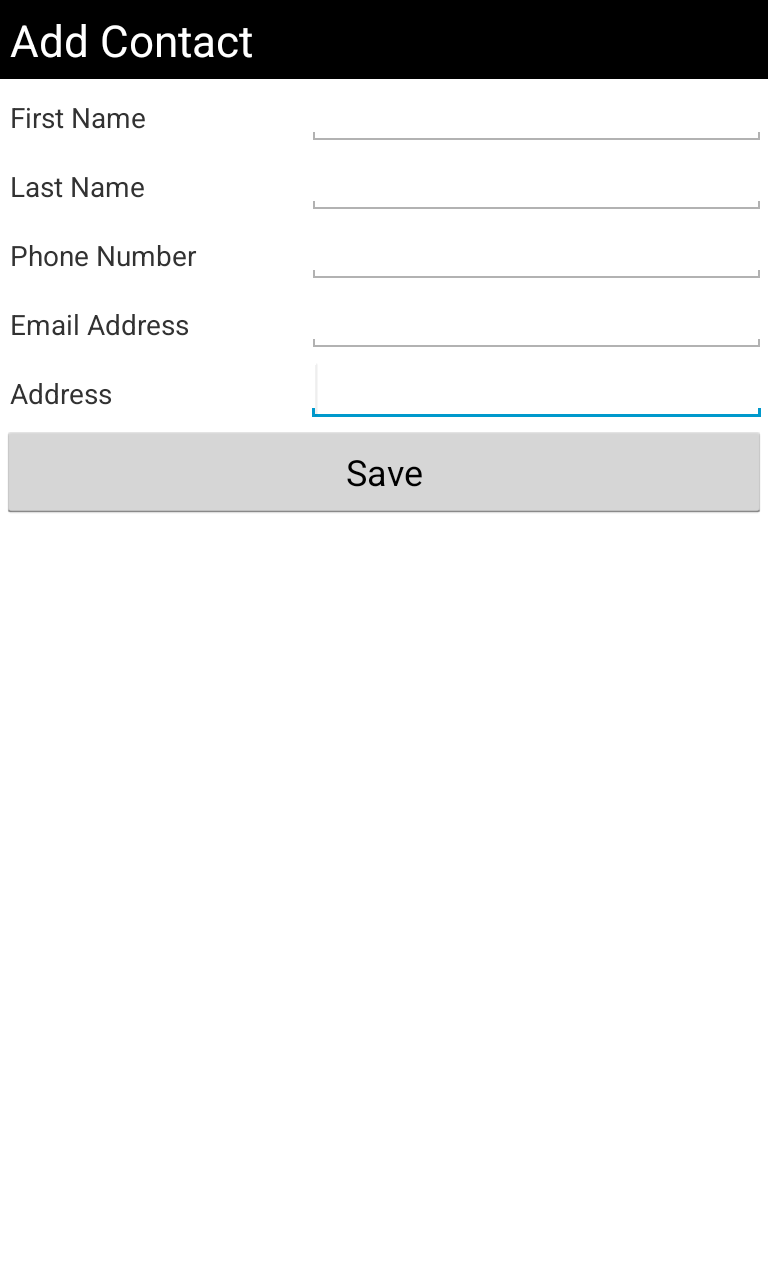
Repository: oscarhe/android-practices
Layout: AddressBookApp/res/layout/add_new_contact.xml
An editor plug-in stored every save of this project. The layout is shown before and after the next save, followed by the edit.
It is drawn on a 768 x 1280 px phone screen (xhdpi) without system bars, with theme AppTheme; the app's code is not run.

Above is the layout before, as saved 2013-07-09 01:30:02.

After the next save:
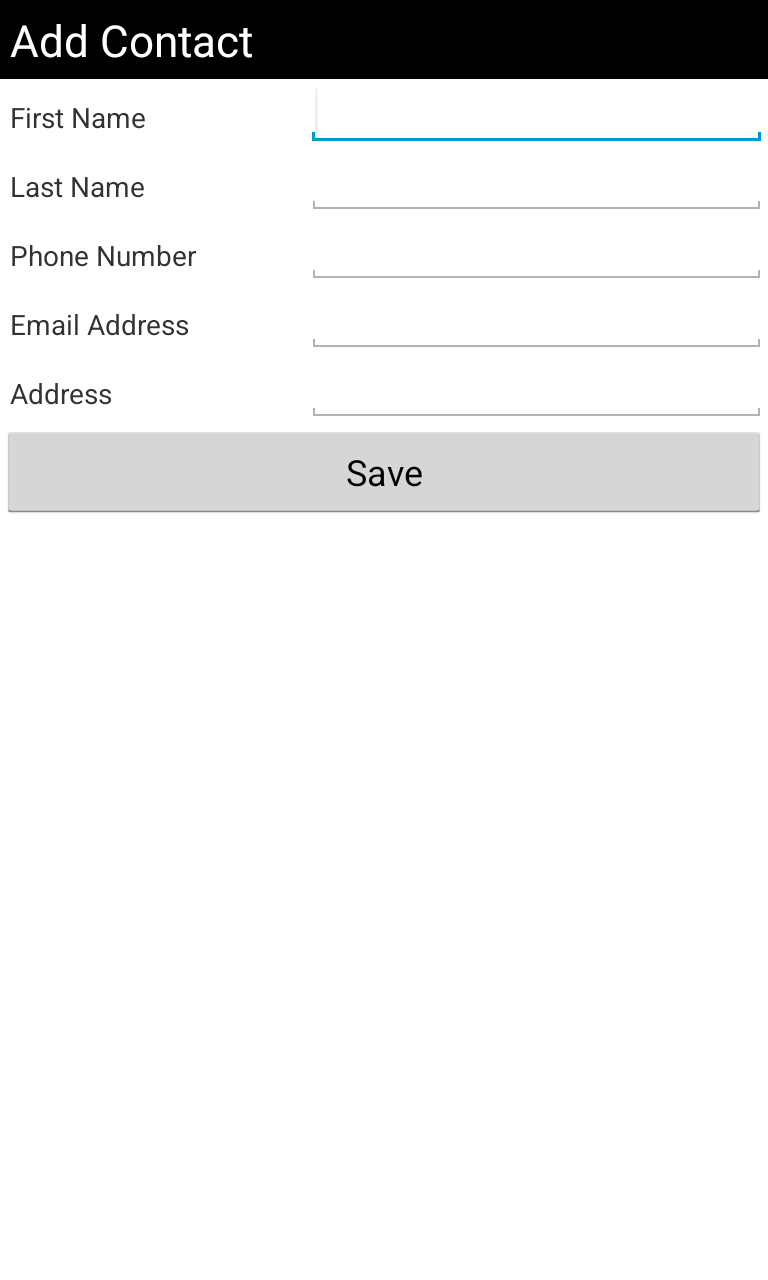
Saved 47 s later.
--- a/AddressBookApp/res/layout/add_new_contact.xml
+++ b/AddressBookApp/res/layout/add_new_contact.xml
@@ -69,7 +69,6 @@
             android:inputType="textPersonName"
             android:padding="@dimen/padding_5dp" >
 
-            <requestFocus />
         </EditText>
 
     </TableRow>
@@ -96,7 +95,6 @@
             android:inputType="phone"
             android:padding="@dimen/padding_5dp" >
 
-            <requestFocus />
         </EditText>
 
     </TableRow>
@@ -123,7 +121,6 @@
             android:inputType="textEmailAddress"
             android:padding="@dimen/padding_5dp" >
 
-            <requestFocus />
         </EditText>
 
     </TableRow>
@@ -150,7 +147,6 @@
             android:inputType="text|textPostalAddress"
             android:padding="@dimen/padding_5dp" >
 
-            <requestFocus />
         </EditText>
 
     </TableRow>
